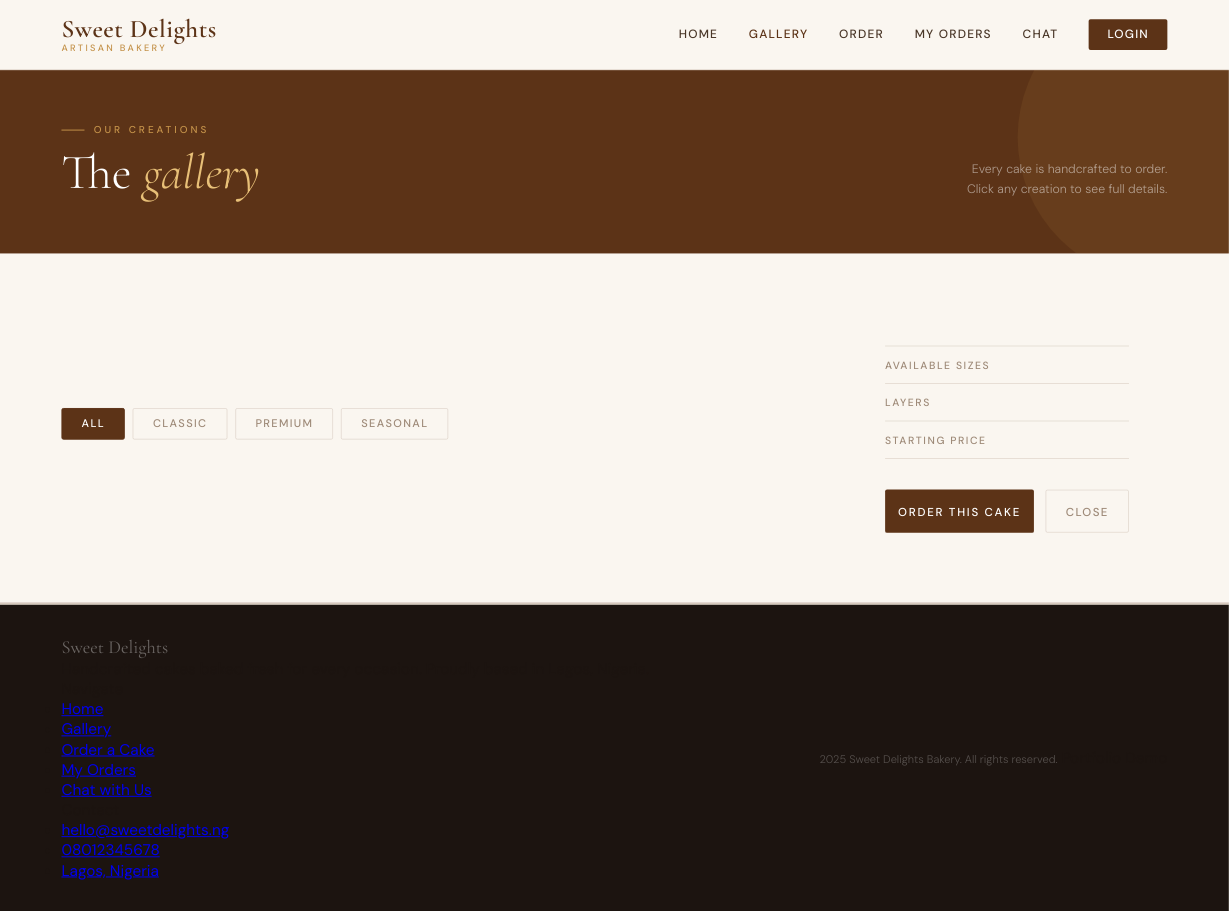
Repository: Jessic-asomugha/your-treat
Page: public/gallery.html
The author's editor kept a copy of each file at every save. The page is drawn from the files as they stood at one save, then again after the next save.
The browser window is 1280 px wide. The pictures show the whole page, at 96% of full size.

Above is the page before, as saved 2026-03-22 16:16:45.
Console error: TypeError: Cannot read properties of null (reading 'addEventListener')

### public/gallery.html
<!DOCTYPE html>
<html lang="en">
<head>
  <meta charset="UTF-8" />
  <meta name="viewport" content="width=device-width, initial-scale=1.0" />
  <title>Gallery – Sweet Delights Bakery</title>
  <link rel="preconnect" href="https://fonts.googleapis.com">
  <link rel="preconnect" href="https://fonts.gstatic.com" crossorigin>
  <link href="https://fonts.googleapis.com/css2?family=Cormorant+Garamond:ital,wght@0,300;0,400;0,600;1,300;1,400&family=DM+Sans:wght@300;400;500&display=swap" rel="stylesheet">
  <style>
    *, *::before, *::after { margin: 0; padding: 0; box-sizing: border-box; }

    :root {
      --brown:      #5C3317;
      --brown-mid:  #7A4728;
      --gold:       #C4924A;
      --gold-light: #E8C078;
      --cream:      #FAF6F0;
      --cream-dark: #F2E8D9;
      --ink:        #1C1410;
      --ink-mid:    #4A3728;
      --stone:      #9E8A78;
      --border:     rgba(92,51,23,0.12);
    }

    body {
      font-family: 'DM Sans', sans-serif;
      background: var(--cream);
      color: var(--ink);
      min-height: 100vh;
    }

    /* ── HEADER ── */
    .header {
      display: flex;
      justify-content: space-between;
      align-items: center;
      padding: 1.1rem 5%;
      background: var(--cream);
      border-bottom: 1px solid var(--border);
      position: sticky;
      top: 0;
      z-index: 100;
    }

    .logo-wrap { display: flex; flex-direction: column; line-height: 1; text-decoration: none; }
    .logo-main {
      font-family: 'Cormorant Garamond', serif;
      font-size: 1.65rem;
      font-weight: 600;
      color: var(--brown);
      letter-spacing: 0.02em;
    }
    .logo-sub {
      font-size: 0.6rem;
      letter-spacing: 0.25em;
      text-transform: uppercase;
      color: var(--gold);
      font-weight: 500;
      margin-top: 1px;
    }

    .nav { display: flex; gap: 2rem; align-items: center; }
    .nav a {
      text-decoration: none;
      font-size: 0.78rem;
      letter-spacing: 0.1em;
      text-transform: uppercase;
      color: var(--ink-mid);
      font-weight: 500;
      transition: color 0.2s;
    }
    .nav a:hover, .nav a.active { color: var(--brown); }
    .nav-cta {
      background: var(--brown) !important;
      color: #fff !important;
      padding: 0.5rem 1.2rem;
      border-radius: 2px;
    }
    .nav-cta:hover { background: var(--brown-mid) !important; }

    /* ── PAGE HERO ── */
    .page-hero {
      background: var(--brown);
      padding: 3.5rem 5%;
      display: flex;
      align-items: flex-end;
      justify-content: space-between;
      gap: 2rem;
      position: relative;
      overflow: hidden;
    }
    .page-hero::before {
      content: '';
      position: absolute;
      top: -80px; right: -80px;
      width: 300px; height: 300px;
      border-radius: 50%;
      background: rgba(196,146,74,0.1);
    }
    .page-hero-eyebrow {
      font-size: 0.65rem;
      letter-spacing: 0.3em;
      text-transform: uppercase;
      color: var(--gold);
      font-weight: 500;
      margin-bottom: 0.6rem;
      display: flex; align-items: center; gap: 0.6rem;
    }
    .page-hero-eyebrow::before {
      content: '';
      display: inline-block;
      width: 24px; height: 1px;
      background: var(--gold);
    }
    .page-hero h1 {
      font-family: 'Cormorant Garamond', serif;
      font-size: clamp(2.2rem, 4vw, 3.2rem);
      font-weight: 300;
      color: #fff;
      line-height: 1.1;
    }
    .page-hero h1 em { font-style: italic; color: var(--gold-light); }
    .page-hero-note {
      font-size: 0.8rem;
      color: rgba(255,255,255,0.5);
      font-weight: 300;
      text-align: right;
      max-width: 220px;
      line-height: 1.7;
      position: relative; z-index: 1;
    }

    /* ── FILTER BAR ── */
    .filter-bar {
      padding: 2rem 5%;
      display: flex;
      align-items: center;
      justify-content: space-between;
      gap: 1rem;
      border-bottom: 1px solid var(--border);
      flex-wrap: wrap;
    }

    .filter-tabs {
      display: flex;
      gap: 0.5rem;
      flex-wrap: wrap;
    }

    .filter-tab {
      padding: 0.5rem 1.25rem;
      border: 1px solid var(--border);
      border-radius: 2px;
      background: transparent;
      font-family: 'DM Sans', sans-serif;
      font-size: 0.72rem;
      letter-spacing: 0.12em;
      text-transform: uppercase;
      font-weight: 500;
      color: var(--stone);
      cursor: pointer;
      transition: all 0.2s;
    }
    .filter-tab:hover { border-color: var(--gold); color: var(--brown); }
    .filter-tab.active {
      background: var(--brown);
      border-color: var(--brown);
      color: #fff;
    }

    .filter-count {
      font-size: 0.75rem;
      color: var(--stone);
      font-weight: 300;
      letter-spacing: 0.05em;
    }
    .filter-count span { color: var(--brown); font-weight: 500; }

    /* ── GALLERY GRID ── */
    .gallery-wrap {
      padding: 2.5rem 5% 5rem;
    }

    .gallery-grid {
      display: grid;
      grid-template-columns: repeat(3, 1fr);
      gap: 1px;
      background: var(--border);
      border: 1px solid var(--border);
    }

    .cake-card {
      background: var(--cream);
      cursor: pointer;
      position: relative;
      overflow: hidden;
      transition: transform 0.3s;
    }

    .cake-card:hover .card-overlay { opacity: 1; }
    .cake-card:hover .card-img { transform: scale(1.04); }

    .card-img-wrap {
      position: relative;
      overflow: hidden;
      height: 260px;
    }

    .card-img {
      width: 100%;
      height: 100%;
      object-fit: cover;
      display: block;
      transition: transform 0.5s ease;
      background: linear-gradient(135deg, #7A4728 0%, #5C3317 100%);
    }

    /* Fallback gradient when image missing */
    .card-img-placeholder {
      width: 100%;
      height: 100%;
      display: flex;
      align-items: center;
      justify-content: center;
      font-family: 'Cormorant Garamond', serif;
      font-style: italic;
      color: rgba(255,255,255,0.35);
      font-size: 0.9rem;
      transition: transform 0.5s ease;
    }

    .grad-choc  { background: linear-gradient(155deg, #3D1F0A 0%, #7A4728 100%); }
    .grad-van   { background: linear-gradient(155deg, #C4924A 0%, #E8C078 100%); }
    .grad-red   { background: linear-gradient(155deg, #7A1F1F 0%, #B03030 100%); }
    .grad-straw { background: linear-gradient(155deg, #B03060 0%, #E08080 100%); }
    .grad-loaf  { background: linear-gradient(155deg, #8B7355 0%, #C4A882 100%); }
    .grad-cara  { background: linear-gradient(155deg, #8B5E00 0%, #C4924A 100%); }

    .card-overlay {
      position: absolute;
      inset: 0;
      background: rgba(28,20,16,0.55);
      display: flex;
      align-items: center;
      justify-content: center;
      opacity: 0;
      transition: opacity 0.3s;
    }

    .card-overlay-btn {
      font-size: 0.7rem;
      letter-spacing: 0.2em;
      text-transform: uppercase;
      color: #fff;
      font-weight: 500;
      border: 1px solid rgba(255,255,255,0.6);
      padding: 0.6rem 1.4rem;
      border-radius: 2px;
    }

    .card-body {
      padding: 1.25rem 1.5rem;
      border-top: 1px solid var(--border);
      display: flex;
      justify-content: space-between;
      align-items: center;
    }

    .card-name {
      font-family: 'Cormorant Garamond', serif;
      font-size: 1.05rem;
      font-weight: 600;
      color: var(--brown);
    }

    .card-meta {
      font-size: 0.7rem;
      color: var(--stone);
      font-weight: 300;
      margin-top: 0.2rem;
      letter-spacing: 0.05em;
    }

    .card-tag {
      font-size: 0.62rem;
      letter-spacing: 0.15em;
      text-transform: uppercase;
      color: var(--gold);
      font-weight: 500;
      border: 1px solid rgba(196,146,74,0.35);
      padding: 0.25rem 0.6rem;
      border-radius: 2px;
      white-space: nowrap;
    }

    /* Empty state */
    .empty-state {
      grid-column: 1 / -1;
      text-align: center;
      padding: 5rem 2rem;
      background: var(--cream);
    }
    .empty-state p {
      font-family: 'Cormorant Garamond', serif;
      font-size: 1.4rem;
      color: var(--stone);
      font-weight: 300;
    }

    /* ── MODAL ── */
    .modal-backdrop {
      display: none;
      position: fixed;
      inset: 0;
      background: rgba(28,20,16,0.82);
      z-index: 200;
      align-items: center;
      justify-content: center;
      padding: 2rem;
    }
    .modal-backdrop.show { display: flex; }

    .modal {
      background: var(--cream);
      border-radius: 2px;
      max-width: 820px;
      width: 100%;
      display: grid;
      grid-template-columns: 1fr 1fr;
      overflow: hidden;
      animation: slideUp 0.35s ease;
      max-height: 90vh;
    }

    @keyframes slideUp {
      from { opacity: 0; transform: translateY(16px); }
      to   { opacity: 1; transform: translateY(0); }
    }

    .modal-img-wrap {
      position: relative;
      min-height: 400px;
    }

    .modal-img {
      width: 100%;
      height: 100%;
      object-fit: cover;
      display: block;
    }

    .modal-img-placeholder {
      width: 100%;
      height: 100%;
      min-height: 400px;
      display: flex;
      align-items: center;
      justify-content: center;
      font-family: 'Cormorant Garamond', serif;
      font-style: italic;
      color: rgba(255,255,255,0.3);
    }

    .modal-body {
      padding: 2.5rem;
      display: flex;
      flex-direction: column;
      justify-content: space-between;
      overflow-y: auto;
    }

    .modal-close {
      position: absolute;
      top: 1rem; right: 1rem;
      width: 32px; height: 32px;
      background: rgba(28,20,16,0.5);
      border: none;
      border-radius: 50%;
      color: #fff;
      font-size: 1.1rem;
      cursor: pointer;
      display: flex; align-items: center; justify-content: center;
      transition: background 0.2s;
      z-index: 10;
    }
    .modal-close:hover { background: rgba(28,20,16,0.8); }

    .modal-eyebrow {
      font-size: 0.62rem;
      letter-spacing: 0.25em;
      text-transform: uppercase;
      color: var(--gold);
      font-weight: 500;
      margin-bottom: 0.6rem;
    }

    .modal-title {
      font-family: 'Cormorant Garamond', serif;
      font-size: 2rem;
      font-weight: 400;
      color: var(--brown);
      line-height: 1.1;
      margin-bottom: 1rem;
    }

    .modal-desc {
      font-size: 0.88rem;
      color: var(--stone);
      font-weight: 300;
      line-height: 1.8;
      margin-bottom: 1.5rem;
    }

    .modal-specs {
      display: flex;
      flex-direction: column;
      gap: 0;
      margin-bottom: 2rem;
      border-top: 1px solid var(--border);
    }

    .modal-spec {
      display: flex;
      justify-content: space-between;
      padding: 0.75rem 0;
      border-bottom: 1px solid var(--border);
    }

    .spec-label {
      font-size: 0.68rem;
      letter-spacing: 0.15em;
      text-transform: uppercase;
      color: var(--stone);
      font-weight: 500;
    }

    .spec-value {
      font-size: 0.85rem;
      color: var(--ink-mid);
      font-weight: 400;
      text-align: right;
    }

    .modal-actions { display: flex; gap: 0.75rem; }

    .btn-order {
      flex: 1;
      padding: 0.85rem;
      background: var(--brown);
      color: #fff;
      border: none;
      border-radius: 2px;
      font-family: 'DM Sans', sans-serif;
      font-size: 0.75rem;
      letter-spacing: 0.15em;
      text-transform: uppercase;
      font-weight: 500;
      cursor: pointer;
      text-align: center;
      text-decoration: none;
      display: inline-flex;
      align-items: center;
      justify-content: center;
      transition: background 0.2s;
    }
    .btn-order:hover { background: var(--brown-mid); }

    .btn-close-modal {
      padding: 0.85rem 1.25rem;
      background: transparent;
      color: var(--stone);
      border: 1px solid var(--border);
      border-radius: 2px;
      font-family: 'DM Sans', sans-serif;
      font-size: 0.75rem;
      letter-spacing: 0.12em;
      text-transform: uppercase;
      font-weight: 500;
      cursor: pointer;
      transition: all 0.2s;
    }
    .btn-close-modal:hover { border-color: var(--brown); color: var(--brown); }

    /* ── FOOTER ── */
    .footer {
      background: var(--ink);
      padding: 2rem 5%;
      display: flex;
      justify-content: space-between;
      align-items: center;
    }
    .footer-logo {
      font-family: 'Cormorant Garamond', serif;
      font-size: 1.2rem;
      color: rgba(255,255,255,0.35);
    }
    .footer-copy { font-size: 0.72rem; color: rgba(255,255,255,0.25); font-weight: 300; }
    .footer-admin { font-size: 0.7rem; color: rgba(255,255,255,0.2); text-decoration: none; }
    .footer-admin:hover { color: var(--gold); }

    /* ── RESPONSIVE ── */
    @media (max-width: 900px) {
      .gallery-grid { grid-template-columns: repeat(2, 1fr); }
      .modal { grid-template-columns: 1fr; }
      .modal-img-wrap { min-height: 240px; }
    }
    @media (max-width: 600px) {
      .gallery-grid { grid-template-columns: 1fr; }
      .nav a:not(.nav-cta):not(.active) { display: none; }
    }
  </style>
</head>
<body>

  <!-- HEADER -->
  <header class="header">
    <div class="logo-wrap">
      <span class="logo-main">Sweet Delights</span>
      <span class="logo-sub">Artisan Bakery</span>
    </div>
    <nav class="nav">
      <a href="index.html">Home</a>
      <a href="gallery.html" class="active">Gallery</a>
      <a href="order.html">Order</a>
      <a href="my-orders.html">My Orders</a>
      <a href="chat.html">Chat</a>
      <a href="auth/login.html" class="nav-cta">Login</a>
    </nav>
  </header>

  <!-- PAGE HERO -->
  <div class="page-hero">
    <div>
      <p class="page-hero-eyebrow">Our creations</p>
      <h1>The <em>gallery</em></h1>
    </div>
    <p class="page-hero-note">Every cake is handcrafted to order. Click any creation to see full details.</p>
  </div>

  <!-- FILTER BAR -->
  <div class="filter-bar">
    <div class="filter-tabs">
      <button class="filter-tab active" data-filter="all">All</button>
      <button class="filter-tab" data-filter="Classic">Classic</button>
      <button class="filter-tab" data-filter="Premium">Premium</button>
      <button class="filter-tab" data-filter="Seasonal">Seasonal</button>
        <button class="modal-close" onclick="closeModal()">✕</button>
        <img class="modal-img" id="modalImg" alt=""
             onerror="this.style.display='none';document.getElementById('modalImgPlaceholder').style.display='flex';">
        <div class="modal-img-placeholder" id="modalImgPlaceholder" style="display:none;"></div>
      </div>
      <div class="modal-body">
        <div>
          <p class="modal-eyebrow" id="modalTag"></p>
          <h2 class="modal-title" id="modalTitle"></h2>
          <p class="modal-desc" id="modalDesc"></p>
          <div class="modal-specs">
            <div class="modal-spec">
              <span class="spec-label">Available sizes</span>
              <span class="spec-value" id="modalSizes"></span>
            </div>
            <div class="modal-spec">
              <span class="spec-label">Layers</span>
              <span class="spec-value" id="modalLayers"></span>
            </div>
            <div class="modal-spec">
              <span class="spec-label">Starting price</span>
              <span class="spec-value" id="modalPrice"></span>
            </div>
          </div>
        </div>
        <div class="modal-actions">
          <a href="order.html" class="btn-order">Order This Cake</a>
          <button class="btn-close-modal" onclick="closeModal()">Close</button>
        </div>
      </div>
    </div>
  </div>

  <!-- GALLERY GRID -->
  <div class="gallery-grid" id="galleryGrid">
    <!-- Cards will be populated by JS -->
  </div>

  <!-- FOOTER -->
  <footer class="footer">
    <div class="footer-top">
      <div>
        <div class="footer-logo">Sweet Delights</div>
        <p class="footer-desc">Handcrafted cakes baked fresh for every occasion. Proudly based in Lagos, Nigeria.</p>
      </div>
      <div>
        <div class="footer-col-title">Navigate</div>
        <ul class="footer-links">
          <li><a href="index.html">Home</a></li>
          <li><a href="gallery.html">Gallery</a></li>
          <li><a href="order.html">Order a Cake</a></li>
          <li><a href="my-orders.html">My Orders</a></li>
          <li><a href="chat.html">Chat with Us</a></li>
        </ul>
      </div>
      <div>
        <div class="footer-col-title">Contact</div>
        <ul class="footer-links">
          <li><a href="mailto:hello@sweetdelights.ng">hello@sweetdelights.ng</a></li>
          <li><a href="tel:08012345678">08012345678</a></li>
          <li><a href="https://maps.google.com/?q=Lagos,Nigeria">Lagos, Nigeria</a></li>
        </ul>
      </div>
    </div>
    <div class="footer-bottom">
      <span class="footer-copy"> 2025 Sweet Delights Bakery. All rights reserved.</span>
      <span class="footer-demo">Portfolio Demo</span>
    </div>
  </footer>

  <script>
    // ── FILTER ──
    const tabs = document.querySelectorAll('.filter-tab');
    const cards = document.querySelectorAll('.cake-card');
    const countDisplay = document.getElementById('countDisplay');

    tabs.forEach(tab => {
      tab.addEventListener('click', () => {
        tabs.forEach(t => t.classList.remove('active'));
        tab.classList.add('active');
        const filter = tab.dataset.filter;
        let visible = 0;
        cards.forEach(card => {
          const show = filter === 'all' || card.dataset.category === filter;
          card.style.display = show ? '' : 'none';
          if (show) visible++;
        });
        countDisplay.textContent = visible;
      });
    });

    // ── MODAL ──
    function openModal(card) {
      const grad = card.dataset.grad;
      document.getElementById('modalTitle').textContent    = card.dataset.name;
      document.getElementById('modalTag').textContent      = card.dataset.tag;
      document.getElementById('modalDesc').textContent     = card.dataset.desc;
      document.getElementById('modalSizes').textContent    = card.dataset.sizes;
      document.getElementById('modalLayers').textContent   = card.dataset.layers;
      document.getElementById('modalPrice').textContent    = card.dataset.price;

      const img = document.getElementById('modalImg');
      const placeholder = document.getElementById('modalImgPlaceholder');
      img.src = card.dataset.img;
      img.alt = card.dataset.name;
      img.style.display = '';
      placeholder.style.display = 'none';
      placeholder.className = 'modal-img-placeholder ' + grad;
      placeholder.textContent = card.dataset.name;

      document.getElementById('modalBackdrop').classList.add('show');
      document.body.style.overflow = 'hidden';
    }

    function closeModal() {
      document.getElementById('modalBackdrop').classList.remove('show');
      document.body.style.overflow = '';
    }

    cards.forEach(card => {
      card.addEventListener('click', () => openModal(card));
    });

    document.getElementById('modalBackdrop').addEventListener('click', e => {
      if (e.target === e.currentTarget) closeModal();
    });

    document.addEventListener('keydown', e => {
      if (e.key === 'Escape') closeModal();
    });

    // ── AUTH NAV ──
    window.onAuthStateChanged = (user) => {
      const authNav = document.getElementById('authNav');
      if (!authNav) return;
      if (user) {
        const name = user.displayName || user.email.split('@')[0];
        authNav.innerHTML = `<span style="color:var(--brown);font-weight:500;font-size:0.78rem;">👤 ${name}</span>
          <a href="#" onclick="event.preventDefault();window.authManager&&window.authManager.logout().then(()=>location.reload());">Logout</a>`;
      } else {
        authNav.innerHTML = `<a href="auth/login.html">Login</a><a href="auth/register.html">Sign Up</a>`;
      }
    };
  </script>

  <script src="js/simple-data-manager.js"></script>
  <script src="js/main.js"></script>

</body>
</html>

Loaded but not shown: public/js/main.js (454 lines, source omitted); public/js/simple-data-manager.js (328 lines, source omitted)

After the next save:
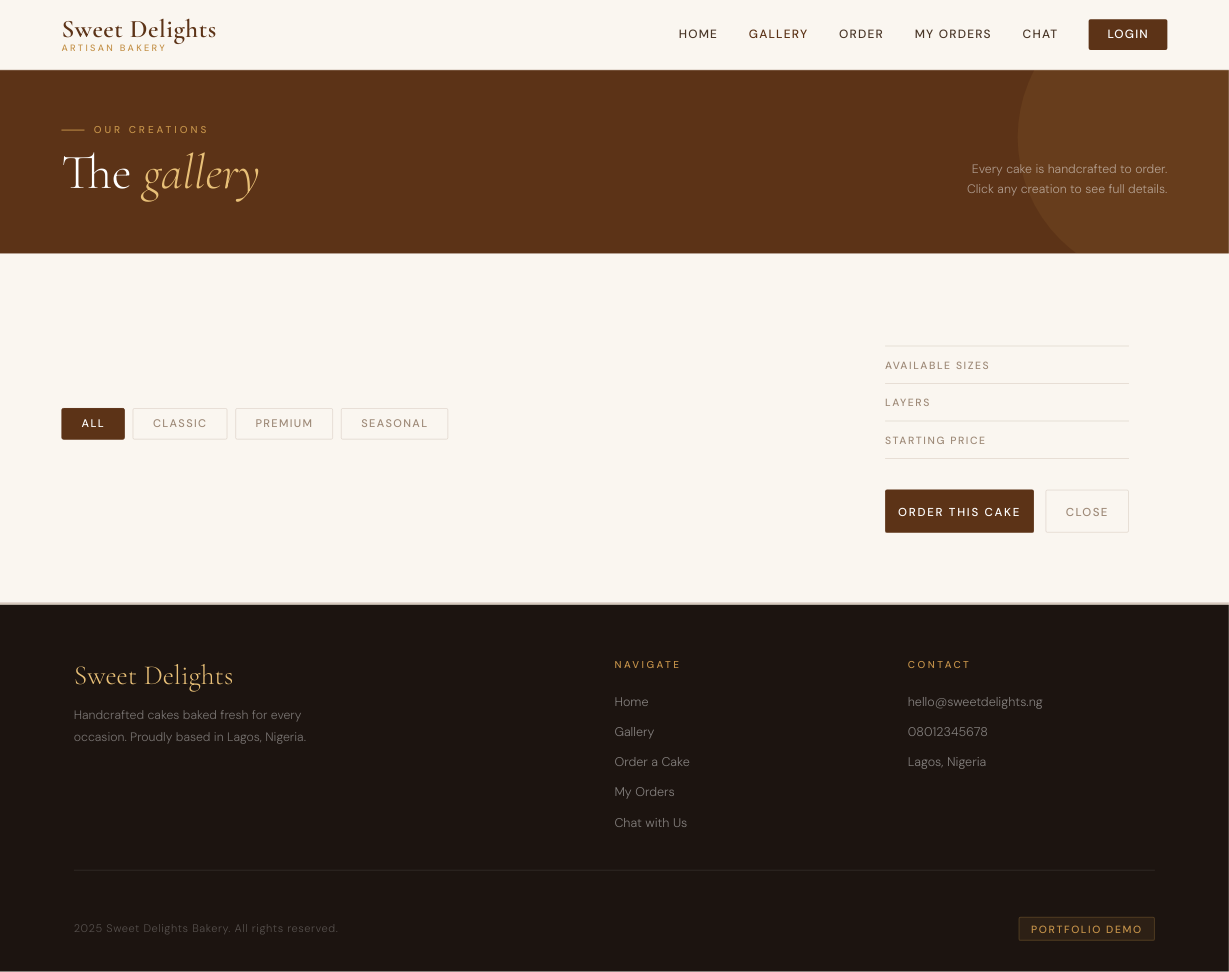
Saved 12 s later.
--- a/public/gallery.html
+++ b/public/gallery.html
@@ -485,19 +485,84 @@
     /* ── FOOTER ── */
     .footer {
       background: var(--ink);
-      padding: 2rem 5%;
-      display: flex;
-      justify-content: space-between;
-      align-items: center;
-    }
+      padding: 3.5rem 6% 2rem;
+    }
+
+    .footer-top {
+      display: grid;
+      grid-template-columns: 2fr 1fr 1fr;
+      gap: 3rem;
+      margin-bottom: 3rem;
+      padding-bottom: 2.5rem;
+      border-bottom: 1px solid rgba(255,255,255,0.08);
+    }
+
     .footer-logo {
       font-family: 'Cormorant Garamond', serif;
-      font-size: 1.2rem;
-      color: rgba(255,255,255,0.35);
-    }
-    .footer-copy { font-size: 0.72rem; color: rgba(255,255,255,0.25); font-weight: 300; }
-    .footer-admin { font-size: 0.7rem; color: rgba(255,255,255,0.2); text-decoration: none; }
-    .footer-admin:hover { color: var(--gold); }
+      font-size: 1.8rem;
+      color: var(--gold-light);
+      font-weight: 300;
+      margin-bottom: 0.75rem;
+    }
+
+    .footer-desc {
+      font-size: 0.8rem;
+      color: rgba(255,255,255,0.4);
+      line-height: 1.8;
+      font-weight: 300;
+      max-width: 280px;
+    }
+
+    .footer-col-title {
+      font-size: 0.65rem;
+      letter-spacing: 0.25em;
+      text-transform: uppercase;
+      color: var(--gold);
+      font-weight: 500;
+      margin-bottom: 1.25rem;
+    }
+
+    .footer-links {
+      list-style: none;
+      display: flex;
+      flex-direction: column;
+      gap: 0.65rem;
+    }
+
+    .footer-links a {
+      text-decoration: none;
+      font-size: 0.82rem;
+      color: rgba(255,255,255,0.45);
+      font-weight: 300;
+      transition: color 0.2s;
+    }
+
+    .footer-links a:hover { color: rgba(255,255,255,0.85); }
+
+    .footer-bottom {
+      display: flex;
+      justify-content: space-between;
+      align-items: center;
+    }
+
+    .footer-copy {
+      font-size: 0.72rem;
+      color: rgba(255,255,255,0.25);
+      font-weight: 300;
+      letter-spacing: 0.05em;
+    }
+
+    .footer-demo {
+      font-size: 0.68rem;
+      letter-spacing: 0.15em;
+      text-transform: uppercase;
+      color: var(--gold);
+      font-weight: 500;
+      background: rgba(196,146,74,0.1);
+      border: 1px solid rgba(196,146,74,0.25);
+      padding: 0.3rem 0.75rem;
+      border-radius: 2px;
+    }
 
     /* ── RESPONSIVE ── */
     @media (max-width: 900px) {
